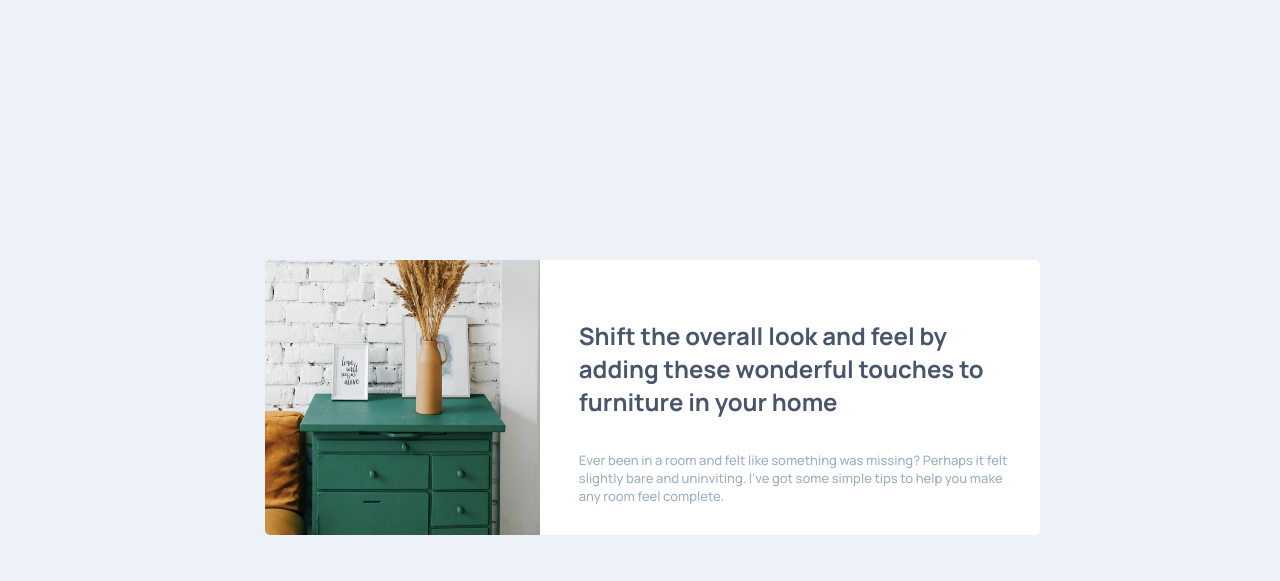
Repository: ricky603/training-css
Page: article-preview-component-master/index.html
These files come from the project's save history. The page is drawn as it stood at one moment and after the next save; the edit follows.
The browser window is 1280 px wide. The pictures show the whole page.

Above is the page before, as saved 2020-09-09 08:49:45.

After the next save:
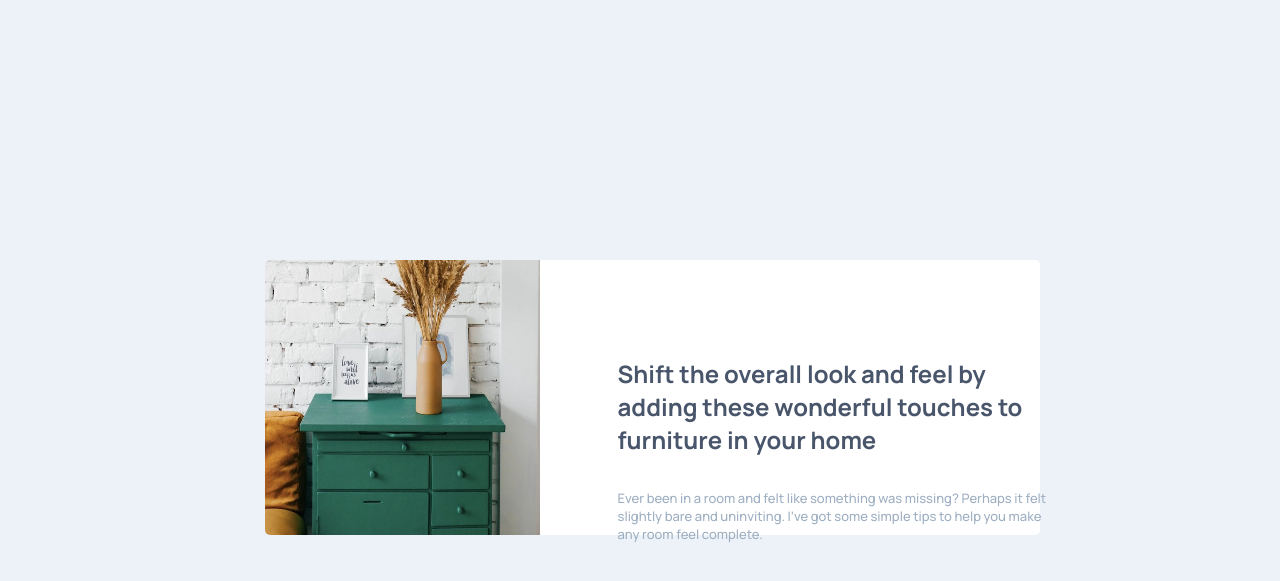
Saved 7 s later.
--- a/article-preview-component-master/styles.css
+++ b/article-preview-component-master/styles.css
@@ -15,7 +15,7 @@ h2 {
     position: absolute;
     width: 57%;
     display: inline-block;
-    padding: 5%;
+    padding: 10%;
 }
 
 .body {
